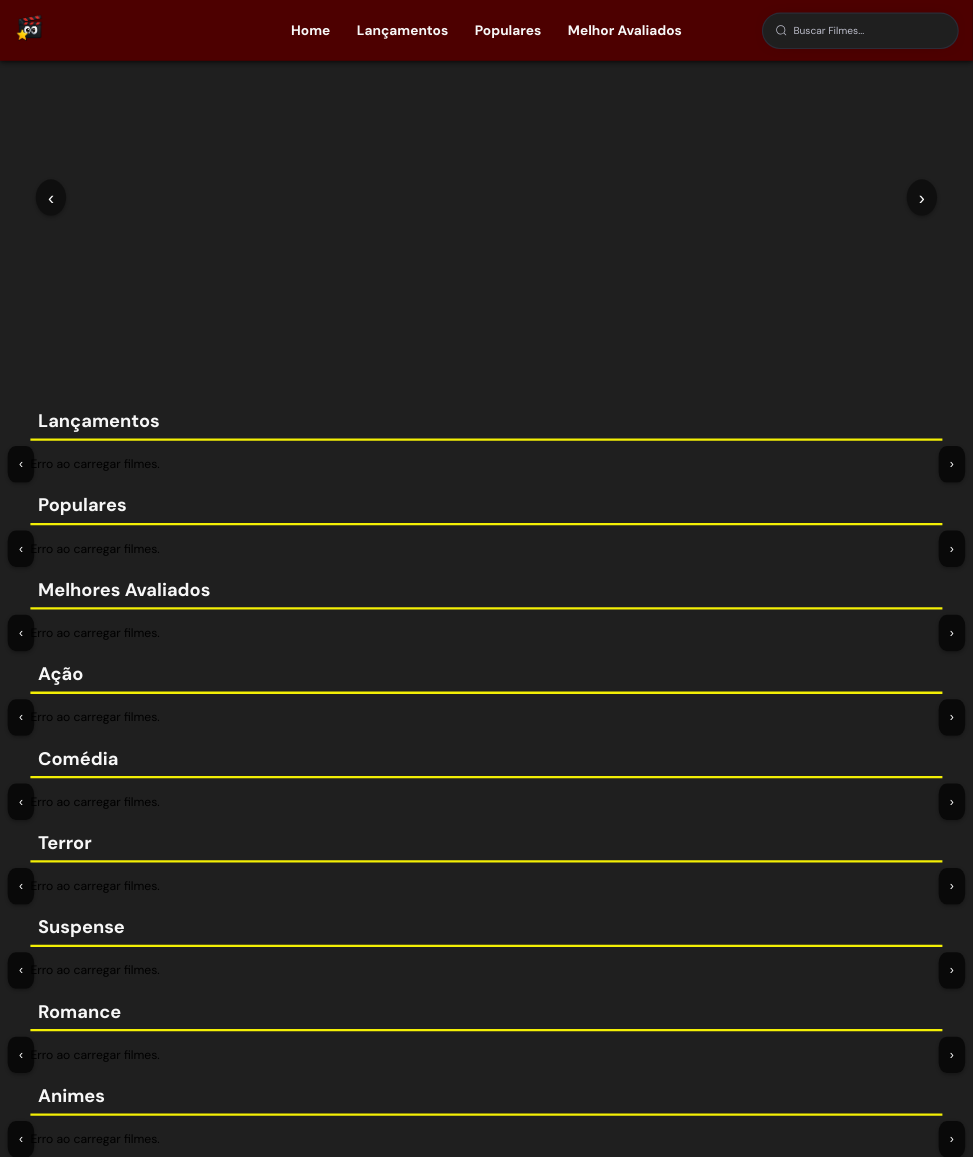
Repository: juanpablitozito/stat-viewer
Page: index.html
The author's editor kept a copy of each file at every save. The page is drawn from the files as they stood at one save, then again after the next save.
The browser window is 1280 px wide. The pictures show the whole page, at 76% of full size.
The page's requests for data from a server got no answer.

Above is the page before, as saved 2025-10-01 21:19:00.

### index.html
<!DOCTYPE html>
<html lang="pt-br">
<head>
    <meta charset="UTF-8">
    <meta name="viewport" content="width=device-width, initial-scale=1.0">
    <link rel="shortcut icon" href="/assets/img/logo_stat.ico" type="image/x-icon">
    <title>Stat Viewer</title>
    <link rel="stylesheet" href="src/styles/style.css">
    <link rel="preconnect" href="https://fonts.googleapis.com">
    <link rel="preconnect" href="https://fonts.gstatic.com" crossorigin>
    <link href="https://fonts.googleapis.com/css2?family=DM+Sans:ital,opsz,wght@0,9..40,100..1000;1,9..40,100..1000&display=swap" rel="stylesheet">
    <script src="https://cdn.jsdelivr.net/npm/sweetalert2@11"></script>
</head>
<body>

    <header>
        <section class="nav-bar">

            <nav id="home">

                <a href="/src/pages/login.html"><img src="assets/img/logo_stat.ico" alt="logo" ></a>

                <ul>

                    <li><a href="#home">Home</a></li>
                    <li><a href="#lançamentos">Lançamentos</a></li>
                    <li><a href="#populares">Populares</a></li>
                    <li><a href="#melhoravaliados">Melhor Avaliados</a></li>
                </ul>

                <div class="search-container">
                  <div class="group">
                    <svg viewBox="0 0 24 24" aria-hidden="true" class="search-icon">
                      <g>
                        <path
                          d="M21.53 20.47l-3.66-3.66C19.195 15.24 20 13.214 20 11c0-4.97-4.03-9-9-9s-9 4.03-9 9 4.03 9 9 9c2.215 0 4.24-.804 5.808-2.13l3.66 3.66c.147.146.34.22.53.22s.385-.073.53-.22c.295-.293.295-.767.002-1.06zM3.5 11c0-4.135 3.365-7.5 7.5-7.5s7.5 3.365 7.5 7.5-3.365 7.5-7.5 7.5-7.5-3.365-7.5-7.5z"
                        ></path>
                      </g>
                    </svg>
                    <input
                      id="query"
                      class="input"
                      type="search"
                      placeholder="Buscar Filmes..."
                      name="searchbar"

                    />
                  </div>
                </div>

                <!-- Overlay para resultados da busca -->
                <div id="searchResultsOverlay" class="search-overlay hidden">
                  <div id="searchResults" class="search-results"></div>
                </div>
            </nav>

        </section>

    </header>
    <main>

      <section >
        <div class="carrossel">
          <div class="slides" id="slides">

          </div>

          <button class="btn anterior" onclick="voltarSlide()">‹</button>
          <button class="btn proximo" onclick="avancarSlide()">›</button>
        </div>
      </section>

      <section id="lançamentos">
        <h2>Lançamentos</h2>
        <div class="movie-section">
          <button class="prev-launches">‹</button>
          <div id="launches" class="movie-row"></div>
          <button class="next-launches">›</button>
        </div>
      </section>

      <section id="populares">
        <h2>Populares</h2>
        <div class="movie-section">
          <button class="prev-popular">‹</button>
          <div id="popular" class="movie-row"></div>
          <button class="next-popular">›</button>
        </div>
      </section>

      <section id="melhoravaliados">
        <h2>Melhores Avaliados</h2>
        <div class="movie-section">
          <button class="prev-topRated">‹</button>
          <div id="topRated" class="movie-row"></div>
          <button class="next-topRated">›</button>
        </div>
      </section>

      <section>
        <h2>Ação</h2>
        <div class="movie-section">
          <button class="prev-acao">‹</button>
          <div id="acao" class="movie-row"></div>
          <button class="next-acao">›</button>
        </div>
      </section>

      <section>
        <h2>Comédia</h2>
        <div class="movie-section">
          <button class="prev-comedia">‹</button>
          <div id="comedia" class="movie-row"></div>
          <button class="next-comedia">›</button>
        </div>
      </section>

      <section>
        <h2>Terror</h2>
        <div class="movie-section">
          <button class="prev-terror">‹</button>
          <div id="terror" class="movie-row"></div>
          <button class="next-terror">›</button>
        </div>
      </section>

      <section>
        <h2>Suspense</h2>
        <div class="movie-section">
          <button class="prev-suspense">‹</button>
          <div id="suspense" class="movie-row"></div>
          <button class="next-suspense">›</button>
        </div>
      </section>

      <section>
        <h2>Romance</h2>
        <div class="movie-section">
          <button class="prev-romance">‹</button>
          <div id="romance" class="movie-row"></div>
          <button class="next-romance">›</button>
        </div>
      </section>

      <section>
        <h2>Animes</h2>
        <div class="movie-section">
          <button class="prev-anime">‹</button>
          <div id="anime" class="movie-row"></div>
          <button class="next-anime">›</button>
        </div>
      </section>



    </main>

      <footer class="footer">

      </footer>

      <!-- Caixa de avaliaçao -->
      <div id="movieModal" class="modal hidden">
        <div class="modal-container">
        <div class="modal-image" id="modalBgImage"></div>
        <div class="modal-content">
          <span id="closeModal" class="close-button">&times;</span>

          <div class="modal-header">
            <h2 id="modalTitle"></h2>
            <p id="modalRating"></p>
            <p id="modalRelease"></p>
          </div>

          <hr>

          <div class="sinopse">

            <h5> Sinopse:</h5>

            <p id="modalOverview"></p>

          </div>

            <hr>


          <div id="modalTrailer">
            <!-- O trailer será inserido aqui via JavaScript -->
          </div>
        </div>
      </div>
    </div>



    <script src="src/js/script.js"></script>
</body>
</html>

### src/styles/style.css
/* Definindo o comportamento básico para todos os elementos */

:root{
  --cor-primaria: #1f1f1f;

  --accent-color: #a8a8a8;
  --highlight-color: #f7f7f7;
  --button-color: #fffb04f1;
  --button-hover-color: #fffb04bb;
  --segunda-cor: rgb(77, 0, 0);
  --text-color: #f7f7f7;
  --sombra: rgba(0, 0, 0, 1) 0px 2px 8px;
  --transition: all 0.3s ease;
  ;
}
* {
  box-sizing: border-box;  /* Inclui padding e bordas no tamanho total do elemento */
  scroll-behavior: smooth;  /* Aplica rolagem suave para a página */
  margin: 0;  /* Remove a margem padrão de todos os elementos */
  padding: 0;  /* Remove o padding padrão de todos os elementos */
}

/* Estilo para o corpo da página */
body {
  background-color: var(--cor-primaria);  /* Cor de fundo escura */
  font-family: DM Sans, sans-serif;  /* Fonte utilizada para o texto */
}

/* Estilo para a barra de navegação */
nav {
  position: fixed;
  z-index: 10001;
  width: 100%;
  top: 0;
  height: 80px;  /* Altura automática */
  background-color: var(--segunda-cor);  /* Cor de fundo da barra de navegação */
  display: flex;  /* Usando flexbox para organizar os itens */
  justify-content: space-between;  /* Espaça os itens entre si */
  align-items: center;  /* Alinha os itens verticalmente */
  padding: 5px 20px;  /* Espaçamento interno */
  box-shadow: var(--sombra);
}

/* Estilo para a lista de links de navegação */
ul {
  display: flex;  /* Exibe os itens da lista em linha */
  flex-direction: row;  /* Alinha os itens na horizontal */
  position: absolute;  /* Posição absoluta para centralizar */
  left: 50%;  /* Centraliza a lista */
  transform: translateX(-50%);  /* Ajusta a posição para exatamente o centro */
  list-style: none;  /* Remove os marcadores da lista */
  gap: 35px;  /* Espaço entre os itens */
}

/* Estilo dos links de navegação */
a {
  color: #f7f7f7;  /* Cor do texto do link */
  text-decoration: none;  /* Remove o sublinhado */
  font-size: 18px;  /* Tamanho da fonte */
  font-weight: bold;  /* Deixa o texto em negrito */
}

/* Efeito de hover nos links */
a:hover {
  color: #a8a8a8;  /* Cor ao passar o mouse */
  transition: 0.5s ease;  /* Transição suave */
}

/* Estilo para o logo na barra de navegação */
nav img {
  width: 3vw;  /* Largura do logo em relação à largura da tela */
}

/* Estilo para a barra de pesquisa */
.group {
  display: flex;  /* Exibe os elementos da barra de pesquisa em linha */
  line-height: 28px;  /* Alinha o texto verticalmente */
  align-items: center;  /* Alinha os itens verticalmente */
  position: relative;  /* Posição relativa para o ícone de pesquisa */
}

/* Estilo do campo de input da pesquisa */
.input {
  font-family: "DM Sans", sans-serif;  /* Fonte do campo de pesquisa */
  width: 20vw;
  height: 45px;  /* Altura do campo */
  padding-left: 2.5rem;  /* Espaçamento interno à esquerda */
  box-shadow: 0 0 0 1.5px #2b2c37, 0 0 25px -17px #000;  /* Sombra */
  border: 0;  /* Remove a borda */
  border-radius: 30px;  /* Bordas arredondadas */
  background-color: var(--cor-primaria);  /* Cor de fundo */
  outline: none;  /* Remove o contorno padrão */
  color: #bdbecb;  /* Cor do texto */
  transition: all 0.25s cubic-bezier(0.19, 1, 0.22, 1);  /* Transição suave */
  cursor: text;  /* Aponta o cursor de texto */
  z-index: 0;  /* Define a camada do elemento */
}

/* Estilo para o texto do placeholder */
.input::placeholder {
  color: #bdbecb;  /* Cor do placeholder */
}

/* Efeito de hover no campo de input */
.input:hover {
  box-shadow: 0 0 0 2.5px #2f303d, 0px 0px 25px -15px #000;  /* Sombra maior */
}

/* Efeito quando o campo é clicado */
.input:active {
  transform: scale(0.95);  /* Reduz o tamanho ao ser clicado */
}

/* Efeito quando o campo de input está em foco */
.input:focus {
  box-shadow: 0 0 0 2.5px #2f303d;  /* Aplica sombra ao focar */
}

/* Estilo para o ícone de pesquisa */
.search-icon {
  position: absolute;  /* Posição absoluta dentro do campo de pesquisa */
  left: 1rem;  /* Alinhamento à esquerda */
  fill: #bdbecb;  /* Cor do ícone */
  width: 1rem;  /* Largura do ícone */
  height: 1rem;  /* Altura do ícone */
  pointer-events: none;  /* Não interage com o ícone */
  z-index: 1;  /* Define a camada do ícone */
}

/* Estilo do carrossel de filmes */
.carrossel {
  position: relative;  /* Posição relativa */
  width: 95vw;  /* Largura do carrossel */
  height: 600px;  /* Altura do carrossel */
  margin: 10px auto 20px;  /* Margem automática para centralizar */
  overflow: hidden;  /* Oculta qualquer conteúdo fora da área visível */
  border-radius: 10px;  /* Bordas arredondadas */
  box-shadow: 0 4px 10px var(--sombra);  /* Sombra para o carrossel */
}

/* Estilo para os slides dentro do carrossel */
.slides {
  display: flex;  /* Exibe os slides em linha */
  transition: transform 1.5s ease-in-out;  /* Transição suave para mover os slides */
  height: 100%;  /* Altura do slide é igual à do carrossel */
}

/* Estilo para as imagens dos slides */
.slides img {
  width: 100%;  /* Largura total do slide */
  height: 100%;  /* Altura total do slide */
  flex-shrink: 0;  /* Impede o encolhimento da imagem */
}

/* Estilo dos botões de navegação do carrossel */
.btn {
  position: absolute;  /* Posição absoluta dentro do carrossel */
  top: 50%;  /* Centraliza verticalmente */
  transform: translateY(-50%);  /* Ajusta o alinhamento vertical */
  background: rgba(0, 0, 0, 0.5);  /* Cor de fundo com transparência */
  color: white;  /* Cor do texto */
  border: none;  /* Remove a borda */
  padding: 10px 16px;  /* Espaçamento interno */
  font-size: 24px;  /* Tamanho da fonte */
  cursor: pointer;  /* Cursor de ponteiro para indicar que é clicável */
  border-radius: 50%;  /* Botões arredondados */
}

/* Estilo para o botão anterior */
.btn.anterior {
  left: 15px;  /* Posição à esquerda */
}

/* Estilo para o botão próximo */
.btn.proximo {
  right: 15px;  /* Posição à direita */
}

/* Efeito de hover nos botões */
.btn:hover {
  background: rgba(0, 0, 0, 0.7);  /* Altera a cor do fundo ao passar o mouse */
}

/* Estilo para o catálogo de filmes */
h1 {
  text-align: center;  /* Centraliza o texto */
  padding: 10px 20px;  /* Espaçamento interno */
  margin: 10px;  /* Margem externa */
  color: #f7f7f7;  /* Cor do texto */
}

/* Estilo para o subtítulo do catálogo */
h2 {
      padding: 8px 10px;
    margin: 20px 40px;
    color: #f7f7f7;
    border-bottom: 3px solid var(--button-color);
  color: #f7f7f7;  /* Cor do texto */
}

/* Estilo para os cards de filmes */
.movie-section {
  display: flex;  /* Exibe os filmes em linha */
  align-items: center;  /* Alinha verticalmente */
  position: relative;  /* Define contexto para os botões */
}

/* Estilo para a linha de filmes */
.movie-row {
  display: flex;  /* Exibe os filmes em linha */
  overflow-x: hidden;  /* Oculta a barra de rolagem horizontal */
  scroll-behavior: smooth;  /* Rolagem suave */
  position: relative;  /* Define contexto para os botões */
  margin: 0 40px;  /* Margem externa */
}

/* Estilo para cada card de filme */
.card-movie {
  width: 200px;  /* Largura do card */
  height: 350px;  /* Altura do card */
  border-radius: 8px;  /* Bordas arredondadas */
  overflow: hidden;  /* Oculta qualquer conteúdo fora do card */
  text-align: center;  /* Centraliza o texto */
  padding: 10px;  /* Espaçamento interno */
  flex: 0 0 auto;  /* Impede o encolhimento do card */
  display: flex;  /* Exibe o conteúdo do card em flex */
  flex-direction: column;  /* Alinha o conteúdo do card na vertical */
  justify-content: space-between;  /* Espaço entre os elementos do card */
}

/* Estilo para as imagens dentro do card */
.card-movie img {
  width: 100%;  /* Largura total da imagem */
  height: 300px;  /* Altura da imagem */
  border-radius: 8px;  /* Bordas arredondadas */
  object-fit: cover;  /* Preenche o espaço do card com a imagem */
  object-position: center;  /* Centraliza a imagem */
  cursor: pointer;
  box-shadow: var(--sombra)
}

.card-movie img:hover {
  transform: scale(1.10);
  transition: var(--transition);
  box-shadow: 0 4px 20px var(--sombra);
}
.card-movie h3 {
  display: none;
}

/* Estilo para os botões de navegação */
section button {
  background-color: rgba(0, 0, 0, 0.5);  /* Cor de fundo semitransparente */
  color: white;  /* Cor do texto */
  border: none;  /* Remove as bordas padrão */
  padding: 10px 20px;  /* Espaçamento interno */
  font-size: 16px;  /* Tamanho da fonte */
  cursor: pointer;  /* Cursor de ponteiro */
  transition: background-color 0.3s ease;  /* Transição suave para a cor de fundo */
  position: absolute;  /* Posição absoluta dentro do carrossel */
  top: 50%;  /* Centraliza verticalmente */
  transform: translateY(-50%);  /* Ajusta o alinhamento vertical */
  z-index: 10;  /* Garante que o botão fique acima do conteúdo */
  background-color: rgba(0, 0, 0, 0.7);  /* Fundo com maior transparência */
  padding: 15px;  /* Aumenta o tamanho dos botões */
  border-radius: 30%;  /* Botões arredondados */
  box-shadow: 0 2px 5px rgba(0, 0, 0, 0.3);  /* Sombra nos botões */
}

/* Efeito de hover nos botões */
section button:hover {
  background-color: rgba(0, 0, 0, 0.9);  /* Altera a cor do fundo ao passar o mouse */
}

/* Estilos específicos para os carrosséis de filmes */
#launches, #popular, #topRated, #acao, #comedia, #terror, #suspense, #romance, #anime {
  position: relative;  /* Posição relativa para os botões */
}

/* Estilo para o botão de "Anterior" nos filmes */
.prev-launches, .prev-popular, .prev-topRated, .prev-acao, .prev-comedia, .prev-terror, .prev-suspense, .prev-romance, .prev-anime {
  left: 10px;  /* Posição à esquerda */
}

/* Estilo para o botão de "Próximo" nos filmes */
.next-launches, .next-popular, .next-topRated, .next-acao, .next-comedia, .next-terror, .next-suspense, .next-romance, .next-anime {
  right: 10px;  /* Posição à direita */
}

.modal {
  position: fixed;
  inset: 0;
  background-color: rgba(0, 0, 0, 0.85);
  display: flex;
  align-items: center;
  justify-content: center;
  z-index: 9999;
}

hr{
  margin: 20px 0;
}

.modal-container {
  display: flex;
  width: 90%;
  max-width: 900px;
  height: 500px;
  background-color: #1f1f1f;
  border-radius: 8px;
  overflow: hidden;
  color: white;
}

.modal-image {
  flex: 0 0 35%;
  background-size: cover;
  background-position: center;
  background-repeat: no-repeat;
  min-height: 100%;
}

#modalTitle{
  padding: 0;
  margin: 0;
}

#modalRating{
  position: absolute;
  top: 35px;
  right: 100px;
}

.btn-trailer{
  padding: 10px 20px;
  background-color: orange;
  border: 1px solid white;
  border-radius: 1px;
}

.btn-trailer:hover{
  background-color: rgb(187, 124, 6);
  border: 1px solid white;
  cursor: pointer;
}

h5{
  font-size: 18px;
  margin: 0;
  padding: 0;
}

.sinopse{
  margin: 20px 0;
}

#modalOverview{
  font-family:'Montserrat', sans-serif;
  color: #a8a8a8;
  width: 100%;
  margin: 0;
}

.modal-content {
  background-color: #1f1f1f;
  padding: 30px;
  border-radius: 10px;
  max-width: 800px;
  max-height: 800px;
  height: 100%;
  width: 100%;
  color: #f7f7f7;
  position: relative;
}

.close-button {
  position: absolute;
  top: 10px;
  right: 15px;
  font-size: 22px;
  cursor: pointer;
}

.hidden {
  display: none;
}

/* Caixa de Pesquisa */

.search-overlay {
  position: fixed;
  top: 70px;
  left: 0;
  right: 0;
  bottom: 0;
  background-color: rgba(0, 0, 0, 0.95);
  z-index: 999;
  overflow-y: auto;
  padding: 20px;
}

.search-results {
  display: flex;
  flex-wrap: wrap;
  gap: 20px;
}

.hidden {
  display: none;
}

.meu-popup {
  background: #1f1f1f;
  border-radius: 20px;
  box-shadow: 10px 10px  100px rgba(255, 0, 0, 0.589);
}

.meu-titulo {
  font-family: 'Poppins', sans-serif;
  color: #fff;
  border: none;
}

.meu-botao {
  background-color: var(--segunda-cor);
  color: var(--text-color);

  transition: var(--transition);
  border-radius: 10px;
  padding: 8px 20px;
border: none;
}

.meu-botao:hover {
  background-color: #4d000080;
  color: var(--text-color);
  transform: translate(1.05);

}

/* Responsividade*/

@media (max-width: 767px) {
  /* Ajustes na barra de navegação */
  nav {
    flex-direction: column;
    padding: 10px;
    height: auto;
  }

  nav img {
    width: 40px;
    margin-bottom: 10px;
  }

  ul {
    position: static;
    transform: none;
    flex-wrap: wrap;
    justify-content: center;
    gap: 15px;
    margin-top: 10px;
    margin-bottom: 10px;
  }

  .search-container {
    width: 100%;
    margin-top: 10px;
  }

  .input {
    width: 100%;
  }

  /* Ajustes no carrossel */
  .carrossel {
    height: 200px;
    margin: 70px auto 20px;
  }

  /* Ajustes nas seções de filmes */
  h2 {
    padding: 10px 20px;
    font-size: 1.2rem;
  }

  .movie-section {
    margin: 0;
  }

  .movie-row {
    margin: 0 15px;
    scroll-padding: 0 15px;
  }

  .card-movie {
    width: 150px;
    height: 250px;
  }

  .card-movie img {
    height: 200px;
  }

  section button {
    padding: 8px;
    font-size: 12px;
  }

  /* Modal */
  .modal-container {
    flex-direction: column;
    height: auto;
    max-height: 90vh;
    overflow-y: auto;
  }

  .modal-image {
    flex: 0 0 200px;
    min-height: 200px;
  }

  .modal-content {
    padding: 15px;
  }

  /* Overlay de busca */
  .search-overlay {
    top: 150px;
  }

  .search-results {
    justify-content: center;
  }
}

/* Telas médias (tablets, 768px a 1023px) */
@media (min-width: 768px) and (max-width: 1023px) {
  /* Ajustes na barra de navegação */
  nav {
    padding: 10px 15px;
  }

  nav img {
    width: 30px;
  }

  ul {
    gap: 20px;
  }

  .input {
    width: 25vw;
  }

  /* Ajustes no carrossel */
  .carrossel {
    height: 400px;
    margin: 80px auto 30px;
  }

  /* Ajustes nas seções de filmes */
  h2 {
    padding: 15px 30px;
  }

  .movie-row {
    margin: 0 30px;
  }

  .card-movie {
    width: 180px;
    height: 300px;
  }

  .card-movie img {
    height: 250px;
  }

  /* Modal */
  .modal-container {
    height: 70vh;
  }

  .modal-image {
    flex: 0 0 30%;
  }
}

/* Telas grandes (notebooks e desktops, 1024px a 1439px) */
@media (min-width: 1024px) and (max-width: 1439px) {
  /* Ajustes no carrossel */
  .carrossel {
    height: 500px;
  }

  /* Ajustes nas seções de filmes */
  .card-movie {
    width: 190px;
    height: 320px;
  }

  .card-movie img {
    height: 270px;
  }
}

Loaded but not shown: src/js/script.js (488 lines, source omitted)

After the next save:
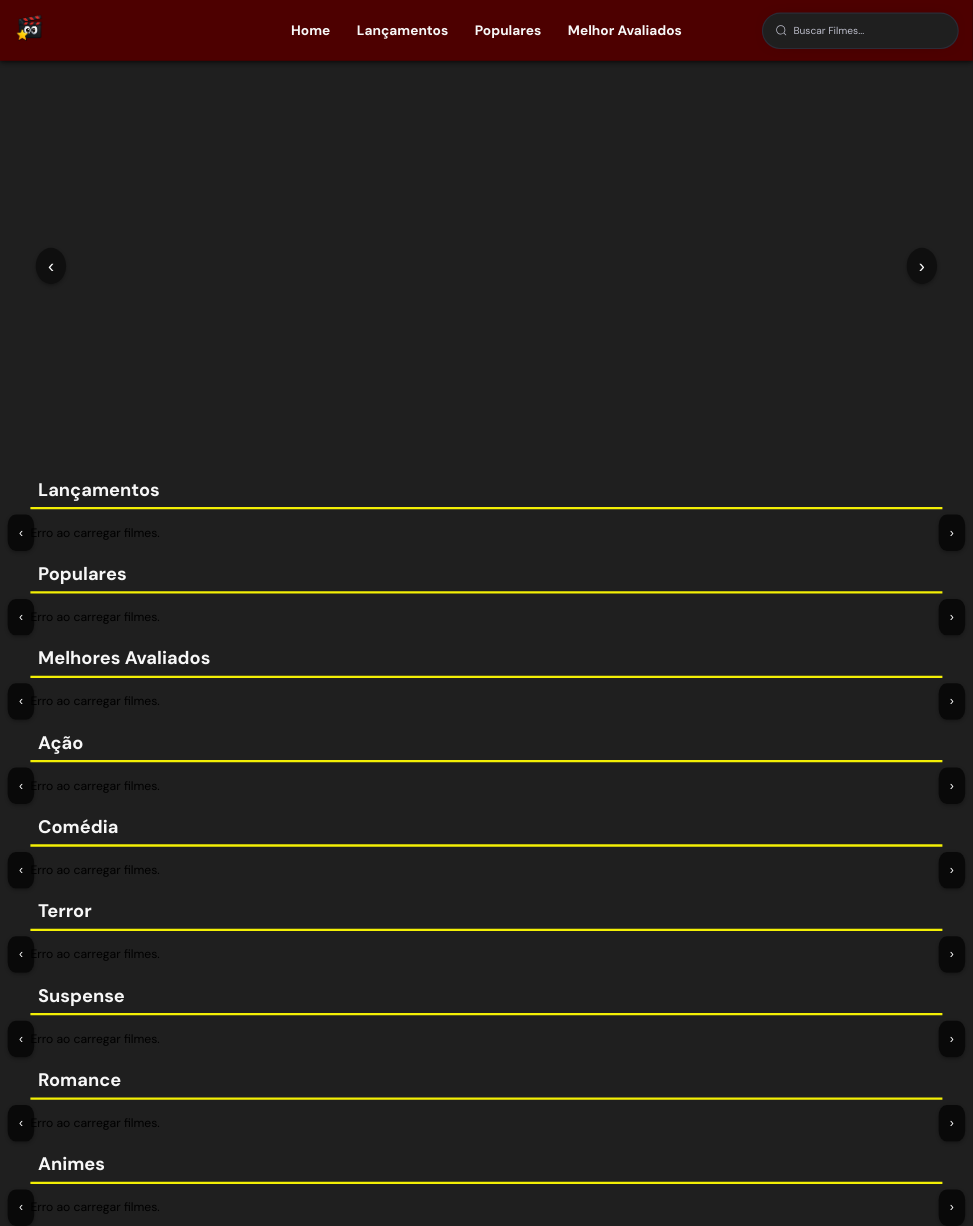
Saved 4 s later.
--- a/src/styles/style.css
+++ b/src/styles/style.css
@@ -132,7 +132,7 @@ nav img {
   position: relative;  /* Posição relativa */
   width: 95vw;  /* Largura do carrossel */
   height: 600px;  /* Altura do carrossel */
-  margin: 10px auto 20px;  /* Margem automática para centralizar */
+  margin: 100px auto 20px;  /* Margem automática para centralizar */
   overflow: hidden;  /* Oculta qualquer conteúdo fora da área visível */
   border-radius: 10px;  /* Bordas arredondadas */
   box-shadow: 0 4px 10px var(--sombra);  /* Sombra para o carrossel */
